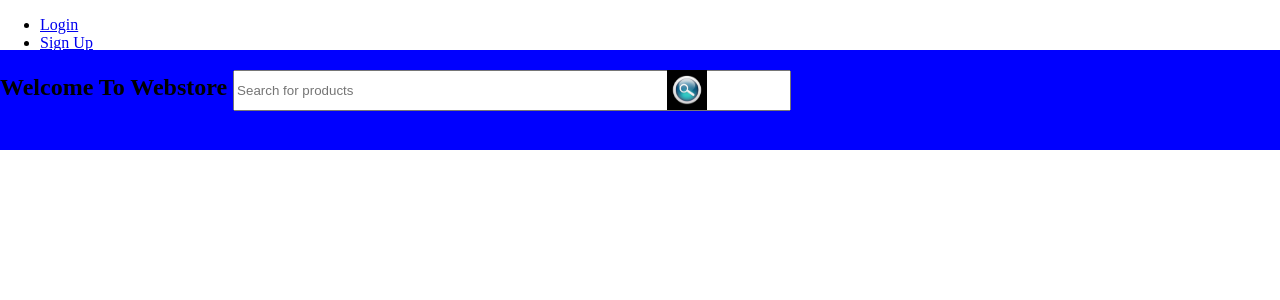
Repository: sourogithub/Final-yr-project-using-j2ee
Page: http://localhost/Webstore/JSP Pages/Front.jsp
The author's editor kept a copy of each file at every save. The page is drawn from the files as they stood at one save, then again after the next save.
The browser window is 1280 px wide. The pictures show the whole page.
The page is served by Tomcat 9.

Above is the page before, as saved 2017-04-11 10:20:08.

After the next save:
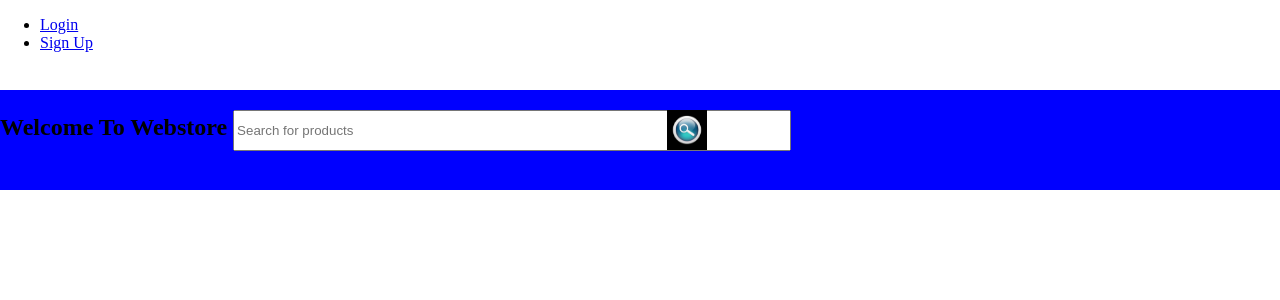
Saved 16 s later.
--- a/Webstore/WebContent/JSP Pages/Front.jsp
+++ b/Webstore/WebContent/JSP Pages/Front.jsp
@@ -13,7 +13,7 @@
 <li><a href="Sign_up.jsp">Sign Up</a>
 </ul>
 </div>
-<div id="Logo"  style="background:blue; height:100px;position:fixed;top:50px;width:1370px;">
+<div id="Logo"  style="background:blue; height:100px;position:fixed;top:90px;width:1370px;">
 <h2>Welcome To Webstore
 <input type="text" placeholder="Search for products" required style="border-width:2;width:550px;height:35px">
 <a><img src="../images/search-images-17.jpg" height="40px" width="40px" style="position:fixed;right:573px"></a><br>
